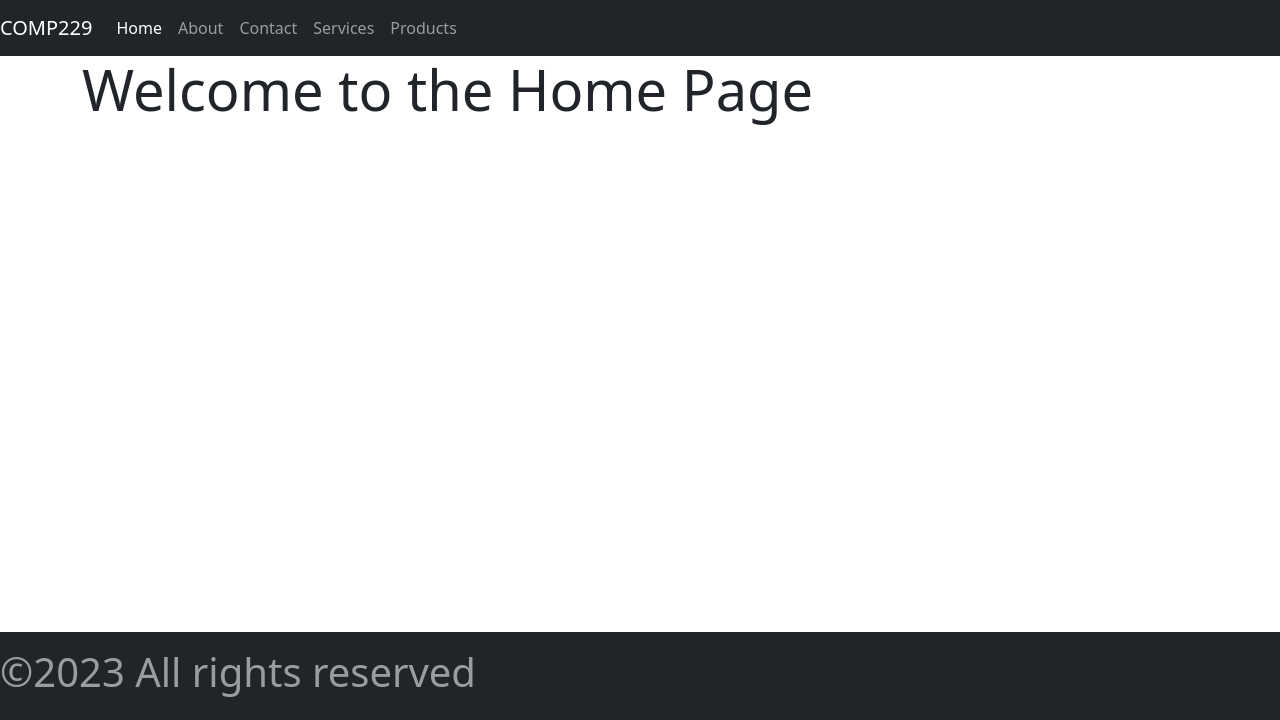
Repository: kaletejas/COMP229_Portfolio
Page: http://localhost/
The author's editor kept a copy of each file at every save. The page is drawn from the files as they stood at one save, then again after the next save.
The browser window is 1280 px wide. The pictures show the whole page.
The page is served by the project's Node server (server.js). Other server files are loaded and not shown.

Above is the page before, as saved 2023-01-25 21:49:28.

### WEEK3/views/index.ejs
<!DOCTYPE html>
<html lang="en">
<head>
  <meta charset="UTF-8">
  <meta http-equiv="X-UA-Compatible" content="IE=edge">
  <meta name="viewport" content="width=device-width, initial-scale=1.0">
  <title><%= title %></title>
  <!--css section-->
  <link rel="stylesheet" href="/bootstrap/dist/css/bootstrap.min.css"/>
  <link rel="stylesheet" href="/@fortawesome/fontawesome-free/css/all.min.css"/>
  <link rel='stylesheet' href='/Content/app.css' />
</head>
<body>
  <!--Main nav Navigation-->
  <nav class="navbar navbar-expand-lg navbar-dark bg-dark">
  <!--div class="container-fluid"-->
    <a class="navbar-brand" href="#">COMP229</a>
    <button class="navbar-toggler" type="button" data-toggle="collapse" data-target="#navbarSupportedContent" aria-controls="navbarSupportedContent" aria-expanded="false" aria-label="Toggle navigation">
      <span class="navbar-toggler-icon"></span>
    </button>
    <div class="collapse navbar-collapse" id="navbarSupportedContent">
      <ul class="navbar-nav ml-auto">
        <% if(title=="Home"){%>
        <li class="nav-item active">
          <%}else{%>
            <li class="nav-item">
              <%}%>
          <a class="nav-link active" aria-current="page" href="/home">Home</a>
        </li>

       <% if(title=="About"){%>
        <li class="nav-item active">
          <%}else{%>
            <li class="nav-item">
              <%}%>
          <a class="nav-link" href="/about">About</a>
        </li>

        <% if(title=="Contact"){%>
          <li class="nav-item active">
            <%}else{%>
              <li class="nav-item">
                <%}%>
          <a class="nav-link" href="/contact">Contact</a>
        </li>

        <% if(title=="Services"){%>
        <li class="nav-item active">
          <%}else{%>
            <li class="nav-item">
              <%}%>
          <a class="nav-link" href="/services">Services</a>
        </li>

        <% if(title=="Products"){%>
        <li class="nav-item active">
          <%}else{%>
              <li class="nav-item">
                <%}%>
          <a class="nav-link" href="/products">Products</a>
        </li>

    </div>
  <!--div-->
</nav>
<main class="container">
  <div class="jumbotron">
    <h1 class="display-4">Welcome to the <%= title %> Page</h1>
  </main>

  <footer>
   <nav class="navbar fixed-bottom navbar-dark bg-dark">
    <h1 class="display-6 navbar-text">&copy;2023 All rights reserved</h1>

  </div>
</nav>
    <footer>

  <!--script section-->
  <script src="/jquery/dist/jquery.min.js"></script>
  <script src="/bootstrap/dist/js/bootstrap.min.js"></script>
   <script src="/Scripts/app.js"></script>
</body>
</html>





<!--<!DOCTYPE html>
<html>
  <head>


  </head>
  <body>

    <p>Welcome to <%= title %></p>

  </body>
</html>-->

### WEEK3/server.js
#!/usr/bin/env node

/**
 * Module dependencies.
 */

var app = require('./app');
var debug = require('debug')('week3:server');
var http = require('http');

/**
 * Get port from environment and store in Express.
 */

var port = normalizePort(process.env.PORT || '3000');
app.set('port', port);

/**
 * Create HTTP server.
 */

var server = http.createServer(app);

/**
 * Listen on provided port, on all network interfaces.
 */

server.listen(port);
server.on('error', onError);
server.on('listening', onListening);

/**
 * Normalize a port into a number, string, or false.
 */

function normalizePort(val) {
  var port = parseInt(val, 10);

  if (isNaN(port)) {
    // named pipe
    return val;
  }

  if (port >= 0) {
    // port number
    return port;
  }

  return false;
}

/**
 * Event listener for HTTP server "error" event.
 */

function onError(error) {
  if (error.syscall !== 'listen') {
    throw error;
  }

  var bind = typeof port === 'string'
    ? 'Pipe ' + port
    : 'Port ' + port;

  // handle specific listen errors with friendly messages
  switch (error.code) {
    case 'EACCES':
      console.error(bind + ' requires elevated privileges');
      process.exit(1);
      break;
    case 'EADDRINUSE':
      console.error(bind + ' is already in use');
      process.exit(1);
      break;
    default:
      throw error;
  }
}

/**
 * Event listener for HTTP server "listening" event.
 */

function onListening() {
  var addr = server.address();
  var bind = typeof addr === 'string'
    ? 'pipe ' + addr
    : 'port ' + addr.port;
  debug('Listening on ' + bind);
}

### WEEK3/routes/index.js
var express = require('express');
var router = express.Router();

/* GET home page. */
router.get('/', function(req, res, next) {
  res.render('index', { title: 'Home' });
});
router.get('/home', function(req, res, next) {
  res.render('index', { title: 'Home' });
});
router.get('/about', function(req, res, next) {
  res.render('index', { title: 'About' });
});
router.get('/products', function(req, res, next) {
  res.render('index', { title: 'Products' });
});
router.get('/services', function(req, res, next) {
  res.render('index', { title: 'Services' });
});

router.get('/contact', function(req, res, next) {
  res.render('index', { title: 'Contact' });
});

module.exports = router;

### WEEK3/app.js
var createError = require('http-errors');
var express = require('express');
var path = require('path');
var cookieParser = require('cookie-parser');
var logger = require('morgan');

var indexRouter = require('./routes/index');
var usersRouter = require('./routes/users');

var app = express();

// view engine setup
app.set('views', path.join(__dirname, 'views'));
app.set('view engine', 'ejs');

app.use(logger('dev'));
app.use(express.json());
app.use(express.urlencoded({ extended: false }));
app.use(cookieParser());
app.use(express.static(path.join(__dirname, 'public')));
app.use(express.static(path.join(__dirname, 'node_modules')));

app.use('/', indexRouter);
app.use('/users', usersRouter);

// catch 404 and forward to error handler
app.use(function(req, res, next) {
  next(createError(404));
});

// error handler
app.use(function(err, req, res, next) {
  // set locals, only providing error in development
  res.locals.message = err.message;
  res.locals.error = req.app.get('env') === 'development' ? err : {};

  // render the error page
  res.status(err.status || 500);
  res.render('error');
});

module.exports = app;

### WEEK3/public/Content/app.css
/*custom css goes here*/

### WEEK3/public/Scripts/app.js
(function () {
    function start() {
        console.log("App Started...");
    }
    window.addEventListener("load", start);
})();

After the next save:
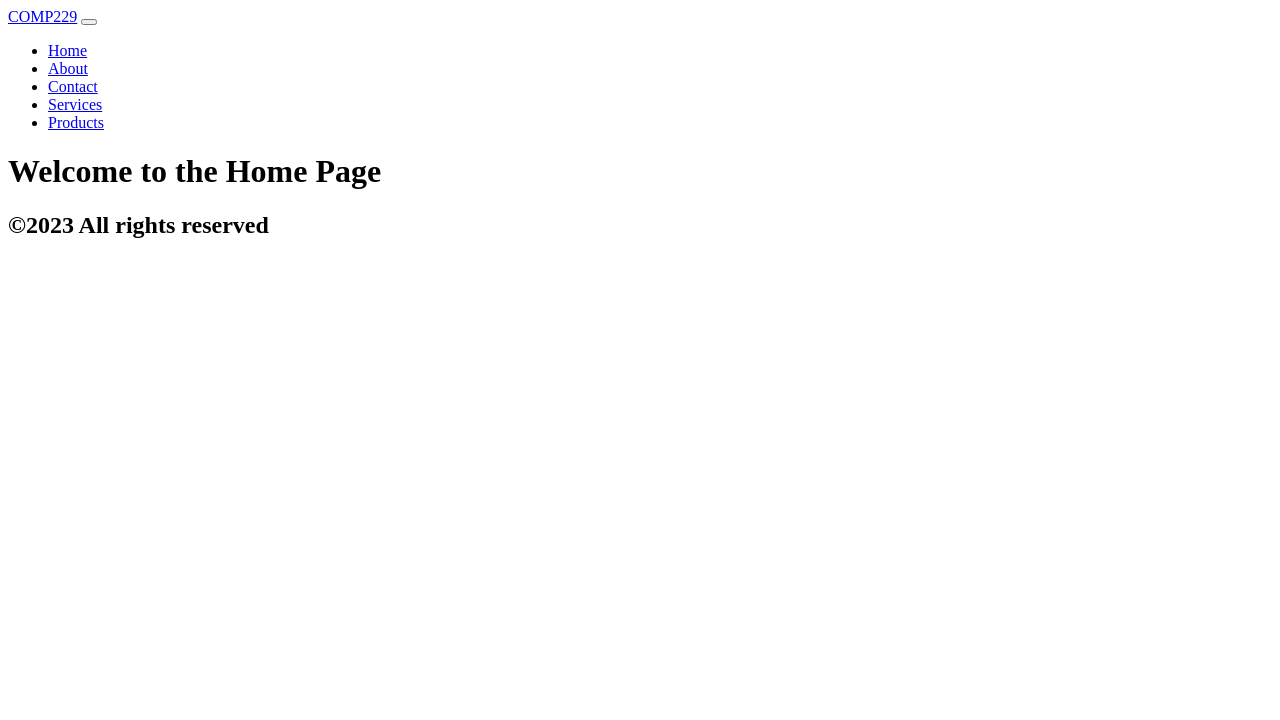
Saved 64 s later.
--- a/WEEK3/views/index.ejs
+++ b/WEEK3/views/index.ejs
@@ -1,16 +1,4 @@
-<!DOCTYPE html>
-<html lang="en">
-<head>
-  <meta charset="UTF-8">
-  <meta http-equiv="X-UA-Compatible" content="IE=edge">
-  <meta name="viewport" content="width=device-width, initial-scale=1.0">
-  <title><%= title %></title>
-  <!--css section-->
-  <link rel="stylesheet" href="/bootstrap/dist/css/bootstrap.min.css"/>
-  <link rel="stylesheet" href="/@fortawesome/fontawesome-free/css/all.min.css"/>
-  <link rel='stylesheet' href='/Content/app.css' />
-</head>
-<body>
+
   <!--Main nav Navigation-->
   <nav class="navbar navbar-expand-lg navbar-dark bg-dark">
   <!--div class="container-fluid"-->
